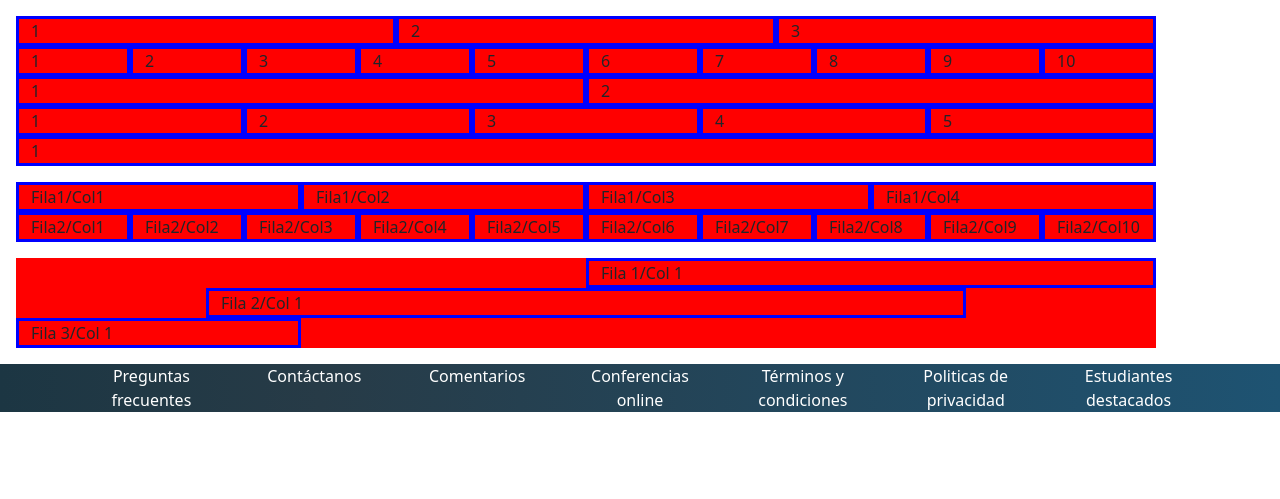
Repository: alexvl06/alexvl06.github.io
Page: index.html
These files come from the project's save history. The page is drawn as it stood at one moment and after the next save; the edit follows.
The browser window is 1280 px wide. The pictures show the whole page.

Above is the page before, as saved 2022-07-11 08:52:58.

After the next save:
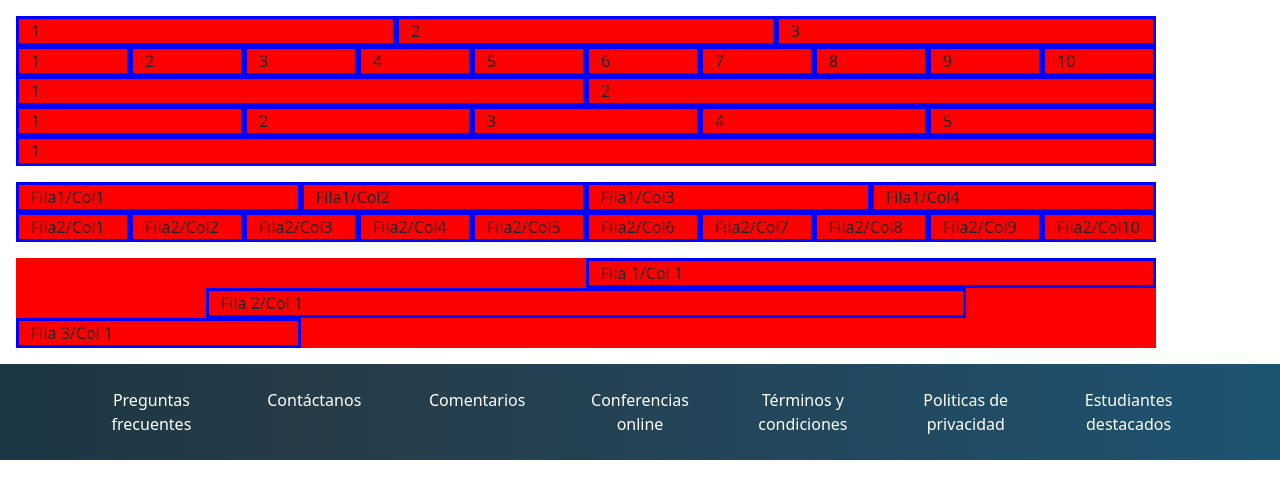
Saved 58 s later.
--- a/index.html
+++ b/index.html
@@ -106,7 +106,7 @@
       </div>
     </div>
 
-    <footer id="footer">
+    <footer class="pb-4 pt-4">
       <div class="container">
         <div class="row text-center">
           <div class="col-12 col-lg">
